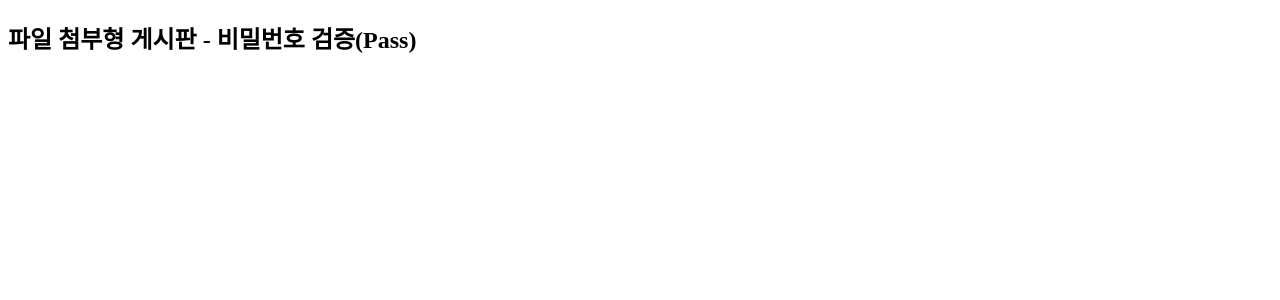
Repository: Suminmer/JSP-practice
Page: http://localhost/MustHaveJSP/mvcboard/pass.do
These files come from the project's save history. The page is drawn as it stood at one moment and after the next save; the edit follows.
The browser window is 1280 px wide. The pictures show the whole page.
The page is served by Tomcat 9. Other server files are loaded and not shown.

Above is the page before, as saved 2022-04-29 09:06:57.

### MustHaveJSP/src/main/webapp/14MVCBoard/Pass.jsp
<%@ page language="java" contentType="text/html; charset=UTF-8"
    pageEncoding="UTF-8"%>
<%@ taglib prefix="c" uri="http://java.sun.com/jsp/jstl/core"%>
<!DOCTYPE html>
<html>
<head>
<meta charset="UTF-8">
<title>파일 첨부형 게시판</title>
<script type="text/javascript">
	function validateForm(form) {
		if (form.pass.value == "") {
			alert("비밀번호를 입력하세요.");
			form.pass.focus();
			return false;
		}
	}
</script>
</head>
<body>
<h2>파일 첨부형 게시판 - 비밀번호 검증(Pass)</h2>
<form name="writeFrm" method="post" action="../mvcboard/pass.do" onsubmit="return validateForm(this);">
<input type="hidden" name="idx" value="${param.idx}"/>
<input type="hidden" name="mode" value="${param.mode}"/>
</form>
</body>
</html>

### MustHaveJSP/src/main/java/model2/mvcboard/PassController.java
package model2.mvcboard;

import java.io.IOException;

import javax.servlet.ServletException;
import javax.servlet.annotation.WebServlet;
import javax.servlet.http.HttpServlet;
import javax.servlet.http.HttpServletRequest;
import javax.servlet.http.HttpServletResponse;

@WebServlet("/mvcboard/pass.do")
public class PassController extends HttpServlet {
	@Override
	protected void doGet(HttpServletRequest req, HttpServletResponse resp)
			throws ServletException, IOException {
		req.setAttribute("mode", req.getParameter("mode"));
		req.getRequestDispatcher("/14MVCBoard/Pass.jsp").forward(req, resp);
	}
}

After the next save:
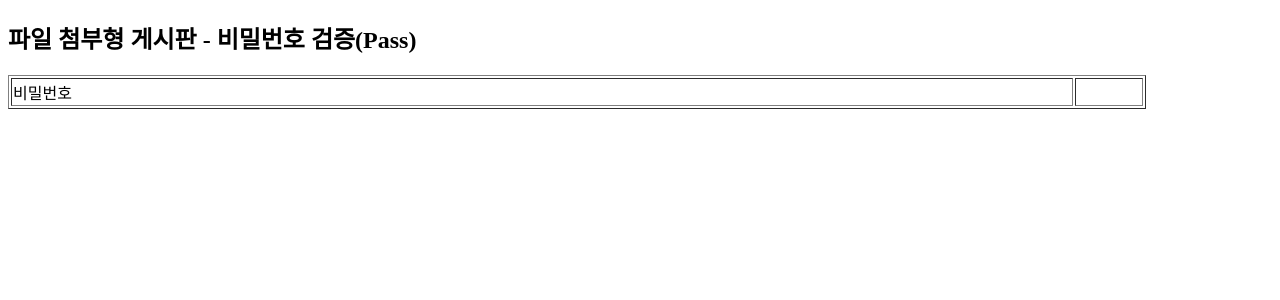
Saved 2 min 48 s later.
--- a/MustHaveJSP/src/main/webapp/14MVCBoard/Pass.jsp
+++ b/MustHaveJSP/src/main/webapp/14MVCBoard/Pass.jsp
@@ -21,6 +21,14 @@
 <form name="writeFrm" method="post" action="../mvcboard/pass.do" onsubmit="return validateForm(this);">
 <input type="hidden" name="idx" value="${param.idx}"/>
 <input type="hidden" name="mode" value="${param.mode}"/>
+<table border="1" width="90%">
+	<tr>
+		<td>비밀번호</td>
+		<td>
+
+		</td>
+	</tr>
+</table>
 </form>
 </body>
 </html>
